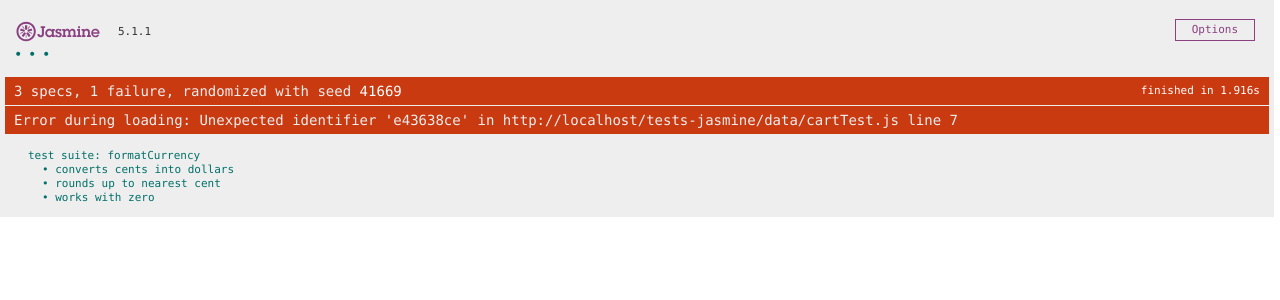
Repository: Srikeerthi05/Amazon-project
Page: tests-jasmine/tests.html
These files come from the project's save history. The page is drawn as it stood at one moment and after a run of saves; the edit follows.
The browser window is 1280 px wide. The pictures show the whole page.

Above is the page before, as saved 2025-05-25 13:43:13.
Console error: SyntaxError: Unexpected identifier 'e43638ce'

### tests-jasmine/tests.html
<!DOCTYPE html>
<html>
<head>
  <meta charset="utf-8">
  <title>Jasmine Spec Runner v5.1.1</title>

  <link rel="shortcut icon" type="image/png" href="lib/jasmine-5.1.1/jasmine_favicon.png">
  <link rel="stylesheet" href="lib/jasmine-5.1.1/jasmine.css">

  <script src="lib/jasmine-5.1.1/jasmine.js"></script>
  <script src="lib/jasmine-5.1.1/jasmine-html.js"></script>
  <script src="lib/jasmine-5.1.1/boot0.js"></script>
  <!-- optional: include a file here that configures the Jasmine env -->
  <script src="lib/jasmine-5.1.1/boot1.js"></script>


  <script src="utils/moneyTest.js" type="module"></script>
  <script src="data/cartTest.js" type="module"></script>

</head>

<body>
</body>
</html>

### tests-jasmine/utils/moneyTest.js
import {formatCurrency} from '../../scripts/utils/money.js';

describe('test suite: formatCurrency',()=>{
    it('converts cents into dollars',()=>{
        expect(formatCurrency(2095)).toEqual('20.95');
    })
    it('works with zero',()=>{
        expect(formatCurrency(0)).toEqual('0.00');
    })
    it('rounds up to nearest cent',()=>{
        expect(formatCurrency(2000.5)).toEqual('20.01');
    })
})

### tests-jasmine/data/cartTest.js
import {addToCart,cart, loadFromStorage} from '../../data/cart.js';

describe('test suite:Add to cart',()=>{
    it('adds an existing product to the cart',()=>{
        spyOn(localStorage,'getItem').and.callFake(()=>{
            return JSON.stringify([]);
            productId:''e43638ce-6aa0-4b85-b27f-e1d07eb678c6'
        });

        loadFromStorage();
    });

    it('adds a new product to the cart',()=>{
        spyOn(localStorage,'setItem');




        addToCart('e43638ce-6aa0-4b85-b27f-e1d07eb678c6');
        expect(cart.length).toEqual(1);
        expect(localStorage.setItem).toHaveBeenCalledTimes(1);
        expect(cart[0].productId).toEqual('e43638ce-6aa0-4b85-b27f-e1d07eb678c6');
        expect(cart[0].quantity).toEqual(1);
    });


});

### scripts/utils/money.js
export  function formatCurrency(priceCents){
    return (Math.round(priceCents)/100).toFixed(2);
}
export default formatCurrency;

### data/cart.js
export let cart;

loadFromStorage()
export function loadFromStorage(){

     cart=JSON.parse(localStorage.getItem('cart'));

if(!cart){
    cart=[{
   productId:'e43638ce-6aa0-4b85-b27f-e1d07eb678c6',
   quantity:2,
   deliveryOptionId:'1'
},{
    productId:'15b6fc6f-327a-4ec4-896f-486349e85a3d',
    quantity: 1,
    deliveryOptionId:'2'
}
];

}
}

function saveToStorage(){
    localStorage.setItem('cart',JSON.stringify(cart));
}




export function addToCart(productId){
     let matchingItem;

     cart.forEach((cartItem)=>{
      if(productId===cartItem.productId){
        matchingItem=cartItem;
      }
     });;
     if(matchingItem){
      matchingItem.quantity+=1;
     }
     else{
      cart.push({
      productId: productId,
      quantity: 1,
      deliveryOptionId:'1'
     });
     }

     saveToStorage();

}

export function removeFromCart(productId){
    const newCart=[];
    cart.forEach((cartItem)=>{
        if(cartItem.productId!==productId){
            newCart.push(cartItem);
        }
    });

    cart =newCart;

    saveToStorage();
}

export function updateDeliveryOption(productID, deliveryOptionId){
    let matchingItem;

     cart.forEach((cartItem)=>{
      if(productID===cartItem.productId){
        matchingItem=cartItem;
      }
     });


     matchingItem.deliveryOptionId=deliveryOptionId;
     saveToStorage();
}

Loaded but not shown: tests-jasmine/lib/jasmine-5.1.1/jasmine.css (library); tests-jasmine/lib/jasmine-5.1.1/jasmine.js (library); tests-jasmine/lib/jasmine-5.1.1/jasmine-html.js (library); tests-jasmine/lib/jasmine-5.1.1/boot0.js (common file); tests-jasmine/lib/jasmine-5.1.1/boot1.js (library)

After the next 3 saves:
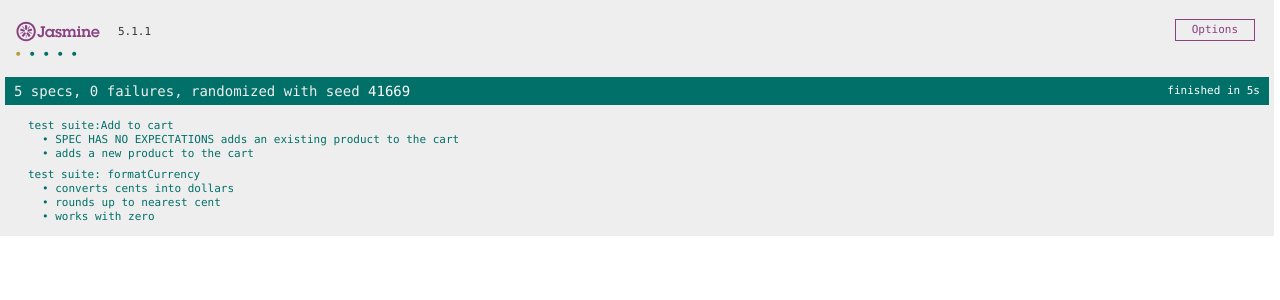
The error is gone.
The 3 saves are shown as one change because they came seconds apart.
The last was saved 12 s later.
--- a/tests-jasmine/data/cartTest.js
+++ b/tests-jasmine/data/cartTest.js
@@ -4,7 +4,9 @@
     it('adds an existing product to the cart',()=>{
         spyOn(localStorage,'getItem').and.callFake(()=>{
             return JSON.stringify([]);
-            productId:''e43638ce-6aa0-4b85-b27f-e1d07eb678c6'
+            productId:'e43638ce-6aa0-4b85-b27f-e1d07eb678c6';
+            quantity:1;
+
         });
 
         loadFromStorage();
